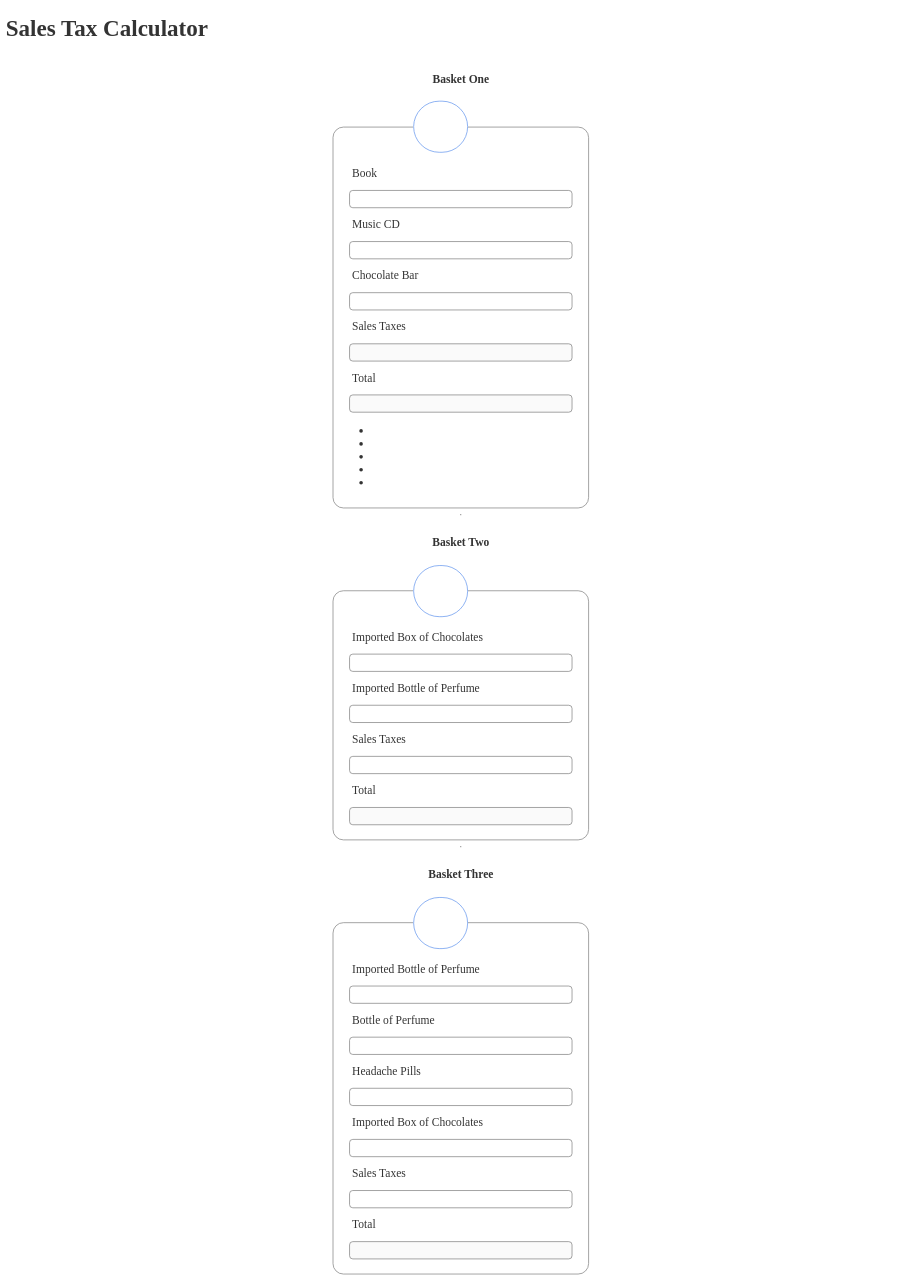
Repository: duzzisantos/sales-tax
Page: index.html
An editor plug-in stored every save of this project. The page is shown before and after the next save, followed by the edit.
The browser window is 1280 px wide. The pictures show the whole page, at 72% of full size.

Above is the page before, as saved 2022-05-25 21:39:33.

### index.html
<!DOCTYPE html>
<html lang="en">

<head>
    <meta charset="UTF-8">
    <meta http-equiv="X-UA-Compatible" content="IE=edge">
    <meta name="viewport" content="width=device-width, initial-scale=1.0">
    <link href="style.css" rel="stylesheet">
    <title>Sales Tax Calculator</title>
</head>

<body>
    <h1>Sales Tax Calculator</h1>
    <section id="container">
        <h4>Basket One</h4>
        <fieldset>
            <legend>

            </legend>
            <label for="book">Book</label>
            <input id="book" type="number" name="book" onchange="basketOne()" />
            <label for="musicCD">Music CD</label>
            <input id="musicCD" type="number" name="musicCD" onchange="basketOne()" />
            <label for="chocolateBar">Chocolate Bar</label>
            <input id="chocolateBar" type="number" name="chocolateBar" onchange="basketOne()" />
            <label for="sales-taxes">Sales Taxes</label>
            <input id="sales-taxes" type="number" name="sales-taxes" onchange="basketOne()" disabled />
            <label for="total">Total</label>
            <input id="total" type="number" name="total" onchange="basketOne()" disabled />
            <ul class="listOne">
                <li></li>
                <li></li>
                <li></li>
                <li></li>
                <li></li>
            </ul>
        </fieldset>
        <hr>
        <h4>Basket Two</h4>
        <fieldset>
            <legend>

            </legend>
            <label for="imported-box-chocolate">Imported Box of Chocolates</label>
            <input id="imported-box-chocolate" type="number" name="imported-box-chocolate" onchange="basketTwo()" />
            <label for="imported-perfume">Imported Bottle of Perfume</label>
            <input id="imported-perfume" type="number" name="imported-perfume" onchange="basketTwo()" />

            <label for="sales-taxes2">Sales Taxes</label>
            <input id="sales-taxes2" type="number" name="sales-taxes2" onchange="basketTwo()" />
            <label for="total">Total</label>
            <input disabled id="total2" type="number" name="total2" onchange="basketTwo()" />
        </fieldset>
        <hr>
        <h4>Basket Three</h4>
        <fieldset>
            <legend>

            </legend>
            <label for="imported-perfume2">Imported Bottle of Perfume</label>
            <input id="imported-perfume2" type="number" name="imported-perfume2" onchange="basketThree()" />
            <label for="bottle-perfume">Bottle of Perfume</label>
            <input id="bottle-perfume" type="number" name="bottle-perfume" onchange="basketThree()" />
            <label for="pills">Headache Pills</label>
            <input id="pills" type="number" name="pills" onchange="basketThree()" />
            <label for="imported-box-chocolate2">Imported Box of Chocolates</label>
            <input id="imported-box-chocolate2" type="number" name="imported-box-chocolate2" onchange="basketThree()" />
            <label for=" sales-taxes3">Sales Taxes</label>
            <input id="sales-taxes3" type="number" name="sales-taxes3" onchange="basketThree()" />
            <label for="total3">Total</label>
            <input disabled id="total3" type="number" name="total3" onchange="basketThree()" />
        </fieldset>
    </section>
</body>
<script src="first.js"></script>
<script src="second.js"></script>
<script src="third.js"></script>

</html>

### style.css
*{
    color: rgb(0,0,0,0.8);
}

#container{
    display: flex;
    flex-direction: column;
    align-items: center;
    justify-content: center;
    bottom: 0;
}

fieldset{
    height: fit-content;
    width: 20%;
    border: 1px solid grey;
    border-radius: 15px;
}

legend{
    height: 70px;
    width: 70px;
    border: 1px solid cornflowerblue;
    border-radius: 50px;
    margin-left: 30%;
}

label, input{
    display: block;
    margin: 10px;
    padding: 4px;
}

input{
    width: 300px;
    border-radius: 5px;
    border: 1px solid grey;
}

### first.js
//Variables for tax rate
let taxFree = 0;
let basicTax = 10;
let importDuty = 5;

//imported basic taxable items attract an extra non-negotiable tax rate of 5%, therefore 10% + 5% = 15%
let basicPlusImportDuty = basicTax + importDuty;

//An app that computes the first basket of goods
const basketOne = () => {
  let book = document.getElementById("book").value;
  let musicCD = document.getElementById("musicCD").value;
  let chocolateBar = document.getElementById("chocolateBar").value;

  // The plus sign is used in front of every variable to indicate to JavaScript that they are numerical values
  // Without this, they would become concatenated strings

  //these are the sums of the items and their taxes
  let bookPlusTax = +taxFree * +book + +book;
  let musicCDPlusTax = (basicTax * +musicCD) / 100 + +musicCD;
  let chocolateBarPlusTax = +taxFree * +chocolateBar + +chocolateBar;

  //this computes the total price paid by the customer
  let netPayment = +bookPlusTax + +musicCDPlusTax + +chocolateBarPlusTax;
  document.getElementById("total").value = netPayment.toFixed(2);

  //this computes the total sales tax generated
  let totalTaxes =
    bookPlusTax -
    book +
    (musicCDPlusTax - musicCD) +
    (chocolateBarPlusTax - chocolateBar);

  //Math.ceil and toFixed method helps us round up to the nearest 0.05
  document.getElementById("sales-taxes").value = (
    Math.ceil(totalTaxes * 20) / 20
  ).toFixed(2);
};

### second.js
//Variables for tax rate
let basicTax2 = 10;
let importDuty2 = 5;

//imported basic taxable items attract an extra non-negotiable tax rate of 5%, therefore 10% + 5% = 15%
let basicPlusImportDuty2 = basicTax2 + importDuty2;

//An app that computes the second basket of goods
const basketTwo = () => {
  let importedChocolate = document.getElementById(
    "imported-box-chocolate"
  ).value;
  let importedPerfume2 = document.getElementById("imported-perfume").value;

  // The plus sign is used in front of every variable to indicate to JavaScript that they are numerical values
  // Without this, they would become concatenated strings

  //these are the sums of the imported items and their taxes
  let importedChocolatePlusTax =
    (importDuty2 * +importedChocolate) / 100 + +importedChocolate;
  let importedPerfume2PlusTax =
    (basicPlusImportDuty2 * +importedPerfume2) / 100 + +importedPerfume2;

  //Math.ceil and toFixed method helps us round up to the nearest 0.05
  //this computes the total price paid by the customer
  let netPayment = +importedChocolatePlusTax + +importedPerfume2PlusTax;
  document.getElementById("total2").value = (
    Math.ceil(netPayment * 20) / 20
  ).toFixed(2);

  //this computes the total sales tax generated
  let totalTaxes =
    (importDuty2 * +importedChocolate) / 100 +
    (basicPlusImportDuty2 * +importedPerfume2) / 100;
  document.getElementById("sales-taxes2").value = (
    Math.ceil(totalTaxes * 20) / 20
  ).toFixed(2);
};

### third.js
//Variables for tax rate
let taxFree3 = 0;
let basicTax3 = 10;
let importDuty3 = 5;
let basicPlusImportDuty3 = basicTax3 + importDuty3;


//App that computes the third basket of goods
const basketThree = () => {
    let importedPerfume2 = document.getElementById("imported-perfume2").value;
    let bottlePerfume = document.getElementById("bottle-perfume").value;
    let pills = document.getElementById("pills").value;
    let importedChocolate2 = document.getElementById("imported-box-chocolate2").value;


    //    // The plus sign is used in front of every variable to indicate to JavaScript that they are numerical values
     // Without this, they would become concatenated strings

    //these are the sums of the imported items and their taxes
    let importedPerfume2PlusTax = (basicPlusImportDuty3 * +importedPerfume2) / 100 + +importedPerfume2;
    let bottlePerfumePlusTax =
      (basicTax3 * +bottlePerfume) / 100 + +bottlePerfume;
    let pillsPlusTax = (taxFree3 * +pills) + +pills;
    let importedChocolate2PlusTax =
      (importDuty3 * +importedChocolate2) / 100 + +importedChocolate2;

    //Math.ceil and toFixed method helps us round up to the nearest 0.05
    //This computes the prices plus their taxes
    let netPayment =
      importedPerfume2PlusTax +
      bottlePerfumePlusTax +
      pillsPlusTax +
      importedChocolate2PlusTax;
    document.getElementById("total3").value = (Math.ceil(netPayment * 20) / 20).toFixed(2);

    //this computes the total taxes generated from selling basket three
    let totalTaxes =
      importedPerfume2PlusTax -
      importedPerfume2 +
      (bottlePerfumePlusTax - bottlePerfume) +
      (pillsPlusTax - pills) +
      (importedChocolate2PlusTax - importedChocolate2);

    document.getElementById("sales-taxes3").value = (
        Math.ceil(totalTaxes * 20) / 20
      ).toFixed(2);
  };

After the next save:
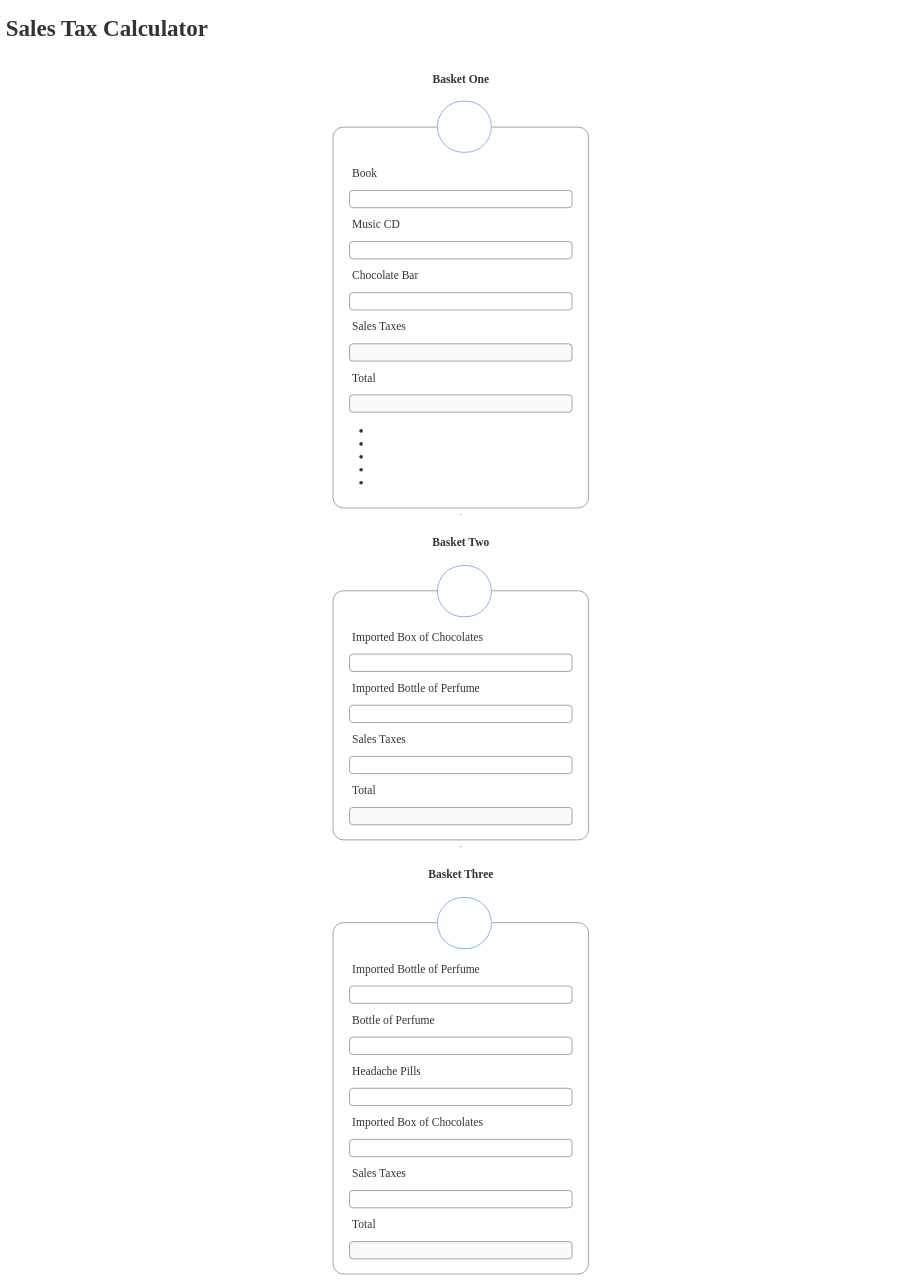
Saved 9 s later.
--- a/style.css
+++ b/style.css
@@ -22,7 +22,7 @@ legend{
     width: 70px;
     border: 1px solid cornflowerblue;
     border-radius: 50px;
-    margin-left: 30%;
+    margin-left: 40%;
 }
 
 label, input{
